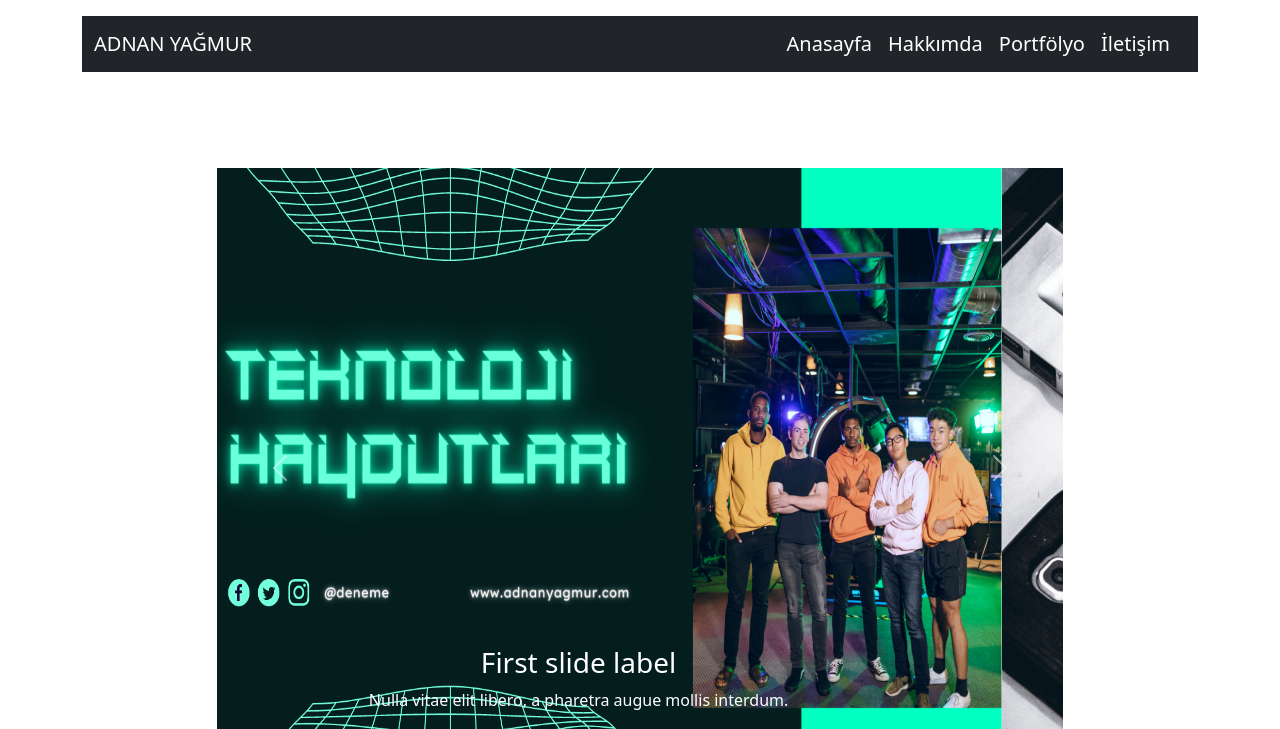
Repository: adnanyagmur/react-bootstrap-example
Page: /
An editor plug-in stored every save of this project. The page is shown before and after a run of saves, followed by the edit.
The browser window is 1280 px wide. The pictures show the part of the page from y = 0 to 729 px (the page is 1772 px tall before and 1684 px after).
Pictures or frames that could not be fetched are drawn as grey boxes. The project was rebuilt for these pictures with package versions that can differ from the ones it lists, and the page was loaded fresh each time.

Above is the page before, as saved 2022-06-29 11:27:34.

### src/index.js
import React from 'react';
import ReactDOM from 'react-dom/client';
import '../node_modules/bootstrap/dist/css/bootstrap.min.css';
import SSRProvider from 'react-bootstrap/SSRProvider';
import App from './App';


const root = ReactDOM.createRoot(document.getElementById('root'));
root.render(
  <React.StrictMode>
  <SSRProvider>
  <App />
</SSRProvider>
  </React.StrictMode>
);

### src/App.js
import { Container } from "react-bootstrap";
import  Appbar  from "./appComponents/Appbar.jsx";
import AppContainer from "./appComponents/AppContainer.jsx";
import Slider from "./appComponents/Slider.jsx";

function App() {

 return (
<Container>


<Appbar></Appbar>

<Slider></Slider>


  <AppContainer></AppContainer>
  </Container>
  );
}

export default App;

### src/appComponents/Appbar.jsx

const Appbar =()=>{

    return(
        <>
  <nav className="navbar navbar-dark bg-dark mb-5 mt-3">
  <div className="container-fluid">
    <a href="/" className="navbar-brand">ADNAN YAĞMUR</a>
    <form className="d-flex" role="search">
    <a href="/" className="navbar-brand">Anasayfa</a>
    <a href="/" className="navbar-brand">Hakkımda</a>
    <a href="/" className="navbar-brand">Portfölyo</a>
    <a href="/" className="navbar-brand">İletişim</a>

    </form>
  </div>
</nav>

</>
    )
}

export default Appbar;

### src/appComponents/AppContainer.jsx
import {Container,Card,Button, Row, Col} from "react-bootstrap"

const AppContainer = () => {

    return (
       <Container>
        <Row>
        <Col sm={8}>

            </Col>
        <Col sm={4}>

        </Col>

        </Row>
        <Row>
            <Col><Card style={{ width: '18rem' }}>

                <Card.Img className="p-3" variant="top" src="https://picsum.photos/200/200" />

                <Card.Body>
                    <Card.Title>Card Title</Card.Title>
                    <Card.Text>
                        Some quick example text to build on the card title and make up the bulk of
                        the card's content.
                    </Card.Text>
                    <Button variant="primary">Go somewhere</Button>
                </Card.Body>
            </Card></Col>
            <Col><Card style={{ width: '18rem' }}>

                <Card.Img className="p-3" variant="top" src="https://picsum.photos/200/200" />

                <Card.Body>
                    <Card.Title>Card Title</Card.Title>
                    <Card.Text>
                        Some quick example text to build on the card title and make up the bulk of
                        the card's content.
                    </Card.Text>
                    <Button variant="primary">Go somewhere</Button>
                </Card.Body>
            </Card></Col>
            <Col><Card style={{ width: '18rem' }}>

                <Card.Img className="p-3" variant="top" src="https://picsum.photos/200/200" />

                <Card.Body>
                    <Card.Title>Card Title</Card.Title>
                    <Card.Text>
                        Some quick example text to build on the card title and make up the bulk of
                        the card's content.
                    </Card.Text>
                    <Button variant="primary">Go somewhere</Button>
                </Card.Body>
            </Card></Col>
            <Col>
            <Card style={{ width: '18rem' }}>

                <Card.Img className="p-3" variant="top" src="https://picsum.photos/200/200" />

                <Card.Body>
                    <Card.Title>Card Title</Card.Title>
                    <Card.Text>
                        Some quick example text to build on the card title and make up the bulk of
                        the card's content.
                    </Card.Text>
                    <Button variant="primary">Go somewhere</Button>
                </Card.Body>
            </Card>
            </Col>
            </Row>
            </Container>


    )
}

export default AppContainer;

### src/appComponents/Slider.jsx
import { Carousel, Col, Container, Row, } from "react-bootstrap"
import Logo1 from "../assets/Logo1.png";
import Logo2 from "../assets/Logo2.png";
import Logo3 from "../assets/Logo3.png";

const Slider = () => {

  return (

  <Container className="p-5">
    <Row>
      <Col sm={1}></Col>
      <Col>
        <Carousel>
          <Carousel.Item interval={1000}>
            <img
              className="d-block w-100"
              src={Logo1}
              alt="First slide"
              height="600"
            />
            <Carousel.Caption>
              <h3>First slide label</h3>
              <p>Nulla vitae elit libero, a pharetra augue mollis interdum.</p>
            </Carousel.Caption>
          </Carousel.Item>
          <Carousel.Item interval={1000}>
            <img
              className="d-block w-100"
              src={Logo2}
              alt="Second slide"
              height="600"
            />
            <Carousel.Caption>
              <h3>Second slide label</h3>
              <p>Lorem ipsum dolor sit amet, consectetur adipiscing elit.</p>
            </Carousel.Caption>
          </Carousel.Item>
          <Carousel.Item interval={1000}>
            <img
              className="d-block w-100"
              src={Logo3}
              alt="Third slide"
              height="600"
            />
            <Carousel.Caption>
              <h3>Third slide label</h3>
              <p>Praesent commodo cursus magna, vel scelerisque nisl consectetur.</p>
            </Carousel.Caption>
          </Carousel.Item>
        </Carousel>
      </Col>
      <Col sm={1}>
      </Col>
    </Row>
  </Container>

  )
}
export default Slider;

Loaded but not shown: public/index.html (common file)

After the next 2 saves:
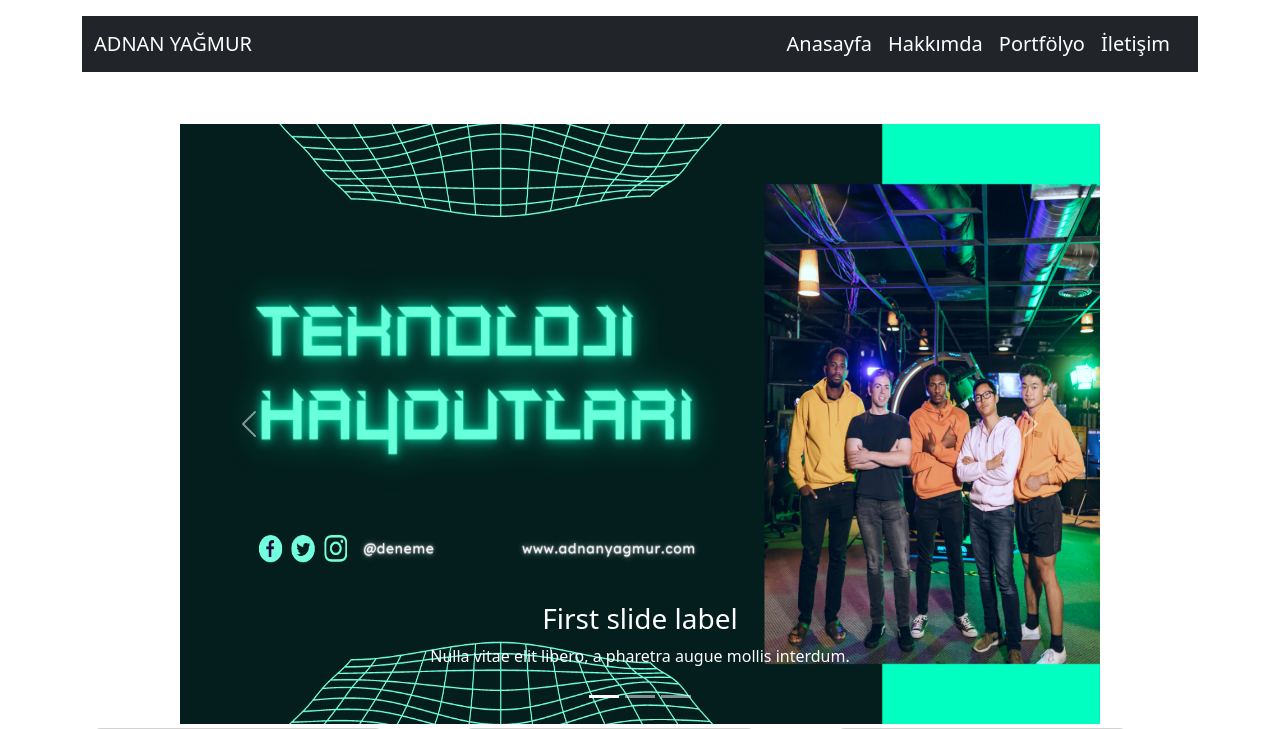
The 2 saves are shown as one change because they came seconds apart.
The last was saved 36 s later.
--- a/src/appComponents/Slider.jsx
+++ b/src/appComponents/Slider.jsx
@@ -7,7 +7,7 @@ const Slider = () => {
 
   return (
 
-  <Container className="p-5">
+  <Container className="p-1">
     <Row>
       <Col sm={1}></Col>
       <Col>
